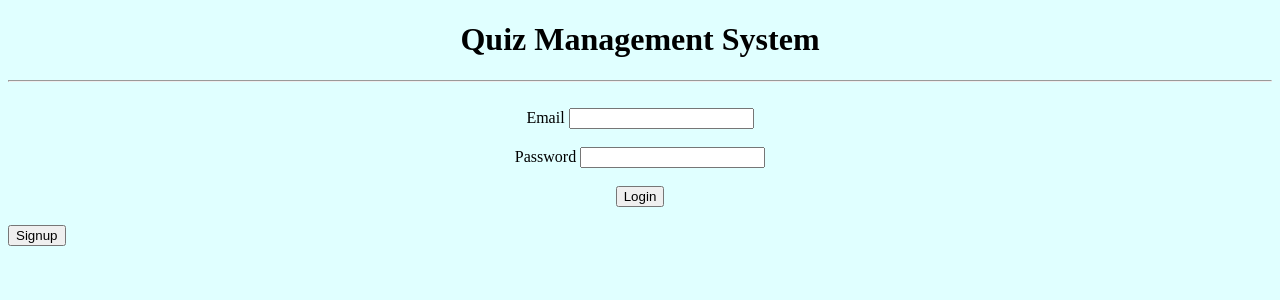
Repository: Rohitsenpai01/Quiz-Manangement-System
Page: http://localhost/WebQuizApp/
An editor plug-in stored every save of this project. The page is shown before and after the next save, followed by the edit.
The browser window is 1280 px wide. The pictures show the whole page.
The page is served by Tomcat 9. Other server files are loaded and not shown.

Above is the page before, as saved 2025-12-29 05:40:19.

### WebQuizApp/WebQuizApp/src/main/webapp/index.jsp
<%@ page language="java" contentType="text/html; charset=UTF-8"
    pageEncoding="UTF-8"%>
<!DOCTYPE html>
<html>
<head>
<meta charset="UTF-8">
<title>Insert title here</title>
</head>
<body bgcolor="${initParam.theme}">
	<h1 style="text-align: center;">${initParam.appTitle}</h1><hr><br>
	<form method="post" action="login.jsp" style="text-align: center;">
		Email <input type="text" name="email"><br><br>
		Password <input type="password" name="passwd"><br><br>
		<input type="submit" value="Login"><br><br>
	</form>
	<button type="button" href="register.jsp">Signup</button><br><br>
</body>
</html>

After the next save:
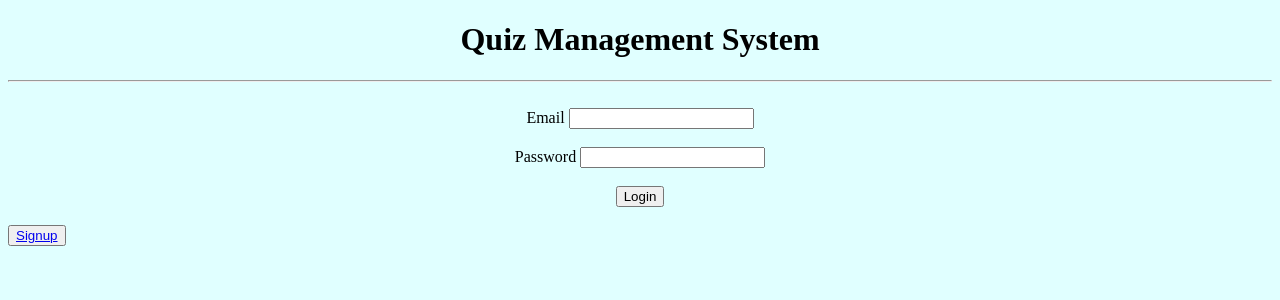
Saved 60 s later.
--- a/WebQuizApp/WebQuizApp/src/main/webapp/index.jsp
+++ b/WebQuizApp/WebQuizApp/src/main/webapp/index.jsp
@@ -13,6 +13,6 @@
 		Password <input type="password" name="passwd"><br><br>
 		<input type="submit" value="Login"><br><br>
 	</form>
-	<button type="button" href="register.jsp">Signup</button><br><br>
+	<button type="button"><a href="register.jsp">Signup</a></button><br><br>
 </body>
 </html>
